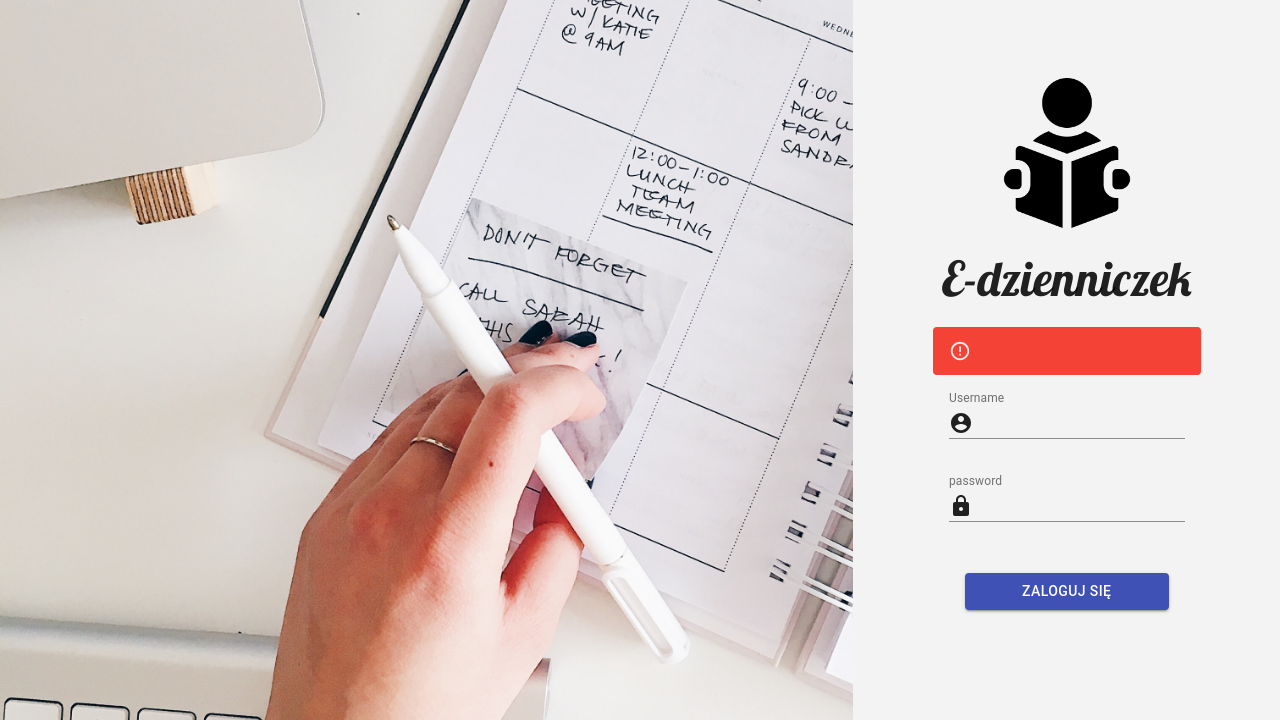
Repository: dominik3131/E-dzienniczek
Page: /
These files come from the project's save history. The page is drawn as it stood at one moment and after the next save; the edit follows.
The browser window is 1280 px wide. The pictures show the whole page.
The project was rebuilt for these pictures with package versions that can differ from the ones it lists, and the page was loaded fresh each time. Also part of the build but not shown: src/containers/LoginPageContainer/MainUserPageContainer/index.js.

Above is the page before, as saved 2020-11-18 00:38:29.

After the next save:
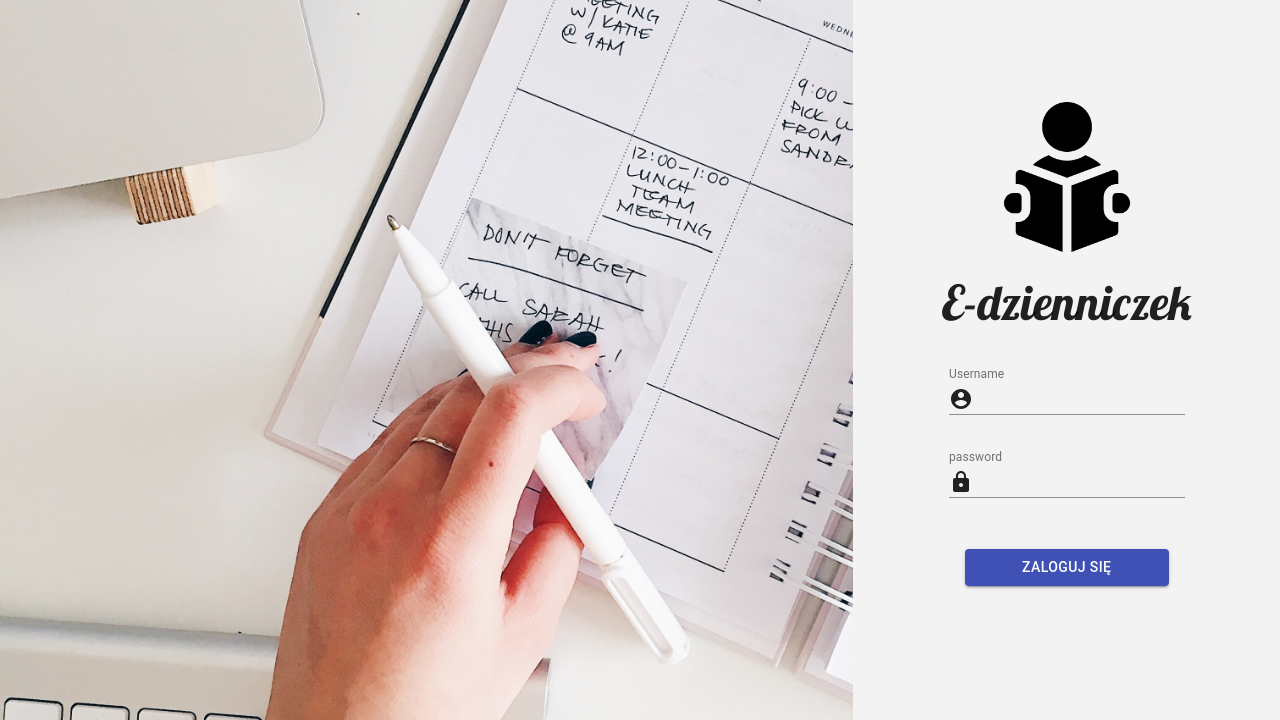
Saved 93 s later.
--- a/src/components/LoginForm/LoginForm.js
+++ b/src/components/LoginForm/LoginForm.js
@@ -32,9 +32,12 @@ const LoginForm = ({ validateErrors, tryLogin, showErrors }) => {
   const classes = useStyles();
   return (
     <form className={classes.root} noValidate autoComplete="off">
-      <Alert variant="filled" severity="error">
-        {apiErrorsMessage || null}
-      </Alert>
+      {apiErrorsMessage ? (
+        <Alert variant="filled" severity="error">
+          {apiErrorsMessage}
+        </Alert>
+      ) : null}
+
       <TextField
         id="username"
         name="username"
